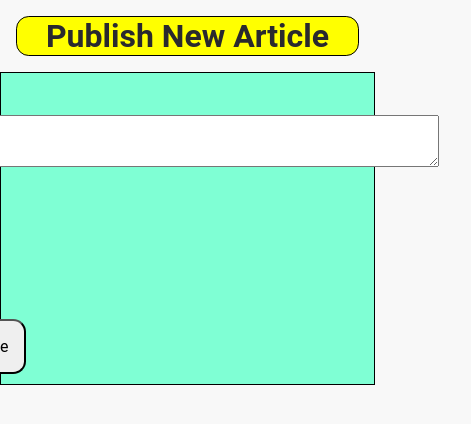
Repository: batmit/publish_articles
Page: /publish
The author's editor kept a copy of each file at every save. The page is drawn from the files as they stood at one save, then again after the next save.
The browser window is 375 px wide. The page is 471 px wide, then 375 px, so the pictures cover 471 px, including what lies to the right of the window. The pictures show the whole page.
The project was rebuilt for these pictures with package versions that can differ from the ones it lists, and the page was loaded fresh each time. Also part of the build but not shown: src/pages/articles.tsx, src/pages/article.tsx, src/pages/Home.tsx.

Above is the page before, as saved 2021-06-29 18:45:49.

### public/index.html
<!DOCTYPE html>
<html lang="en">
  <head>
    <meta charset="utf-8" />
    <meta name="viewport" content="width=device-width, initial-scale=1" />
    <meta name="theme-color" content="#000000" />
    <meta
      name="description"
      content="Web site created using create-react-app"
    />
    <title>publish_articles</title>
  </head>
  <body>
    <noscript>You need to enable JavaScript to run this app.</noscript>
    <div id="root"></div>
    <!--
      This HTML file is a template.
      If you open it directly in the browser, you will see an empty page.

      You can add webfonts, meta tags, or analytics to this file.
      The build step will place the bundled scripts into the <body> tag.

      To begin the development, run `npm start` or `yarn start`.
      To create a production bundle, use `npm run build` or `yarn build`.
    -->
  </body>
</html>

### src/App.tsx
import React from 'react';
import { BrowserRouter, Route } from 'react-router-dom';
import { Articles } from './pages/articles';

import {Article} from './pages/article'

import {Home} from './pages/Home';
import { Publish_Articles } from './pages/publish_articles';

import './styles/global.scss';



function App() {
  return (

    <BrowserRouter>

      <Route path='/' exact component={Home} />

      <Route path='/articles' exact component={Articles} />

      <Route path='/articles/:id' component={Article} />

      <Route path='/publish' exact component={Publish_Articles} />



    </BrowserRouter>

  );
}

export default App;

### src/pages/publish_articles.tsx
import { FormEvent, useState } from "react";
import { useHistory } from "react-router-dom";
import { database } from "../services/firebase";

export function Publish_Articles() {

    const [title, setNewTitle] = useState('');

    const [article, setNewArticle] = useState('');

    const history = useHistory();

    async function handleSendArticle(event: FormEvent) {

        event.preventDefault();

        await database.ref(`articles/${title}`).push(article);

        setNewArticle('');

        setNewTitle('');

        history.push(`articles/${title}`)

    };

    return (
        <>
            <header>
                <h1>Publish New Article</h1>
            </header>

            <main>
                <form onSubmit={handleSendArticle}>
                        <textarea
                            className="title"
                            placeholder="Título"
                            onChange={event => setNewTitle(event.target.value)}
                            value={title}
                        />


                        <textarea
                            placeholder="Artigo"
                            onChange={event => setNewArticle(event.target.value)}
                            value={article}
                        />

                        <div className="form-footer">
                            <button type='submit'>Send Article</button>
                        </div>

                </form>
            </main>
        </>
    );
}

### src/styles/global.scss
* {
    margin: 0;
    padding: 0;
    box-sizing: boder-box;
}

body{
    background: #f8f8f8;
    color: #29292e;
}

body, input, button, textarea {
    font: 400 16px 'Roboto', sans-serif ; // se não rodar o Roboto pega o sans-serif
}

header {
    text-align: center;
    justify-content: center;
    align-items: center;
    background: yellow;
    border: 1px solid black;
    border-radius: 0.8rem;
    margin: 1rem;
}

main {
    align-items: center;
    justify-content: center;
    display: flex;
    gap: 10px;
    background: aquamarine;
    border: 1px solid black;
    padding: 10px;


}

button {
    padding: 1rem;
    border-radius: 0.8rem;
    gap: 10px;
    transition: 0.2s;
}

button:hover {
    background-color: white;

}

form {
    .title {
        display: block;
        width: 500px;
        height: 50px;
        margin: 2rem;
    }

    textarea{
        width: 500px;
        height: 200px;
        margin: 2rem;
    }
}

@media (max-width: 600px) {
    form {
        align-items: center;

        textarea{
            width: 50px;
            height: 50px;
        }

        .title {
            width: 250;
            height: 50px;
        }
    }

}

### src/services/firebase.ts
import firebase from 'firebase/app'; // tem que baixar primeira yarn add firebase

import 'firebase/auth';
import 'firebase/database';

const firebaseConfig = {
    apiKey: "AIzaSyAnqsPR26s-jH9kgIT35JRFnFNwjQIPuWg",
    authDomain: "publish-articles-5a753.firebaseapp.com",
    databaseURL: "https://publish-articles-5a753-default-rtdb.firebaseio.com",
    projectId: "publish-articles-5a753",
    storageBucket: "publish-articles-5a753.appspot.com",
    messagingSenderId: "1038663375307",
    appId: "1:1038663375307:web:9e3542b0440fa2c5873e4e"
};

firebase.initializeApp(firebaseConfig); //inicio

const auth = firebase.auth(); // vou exportar
const database = firebase.database()

export { firebase, auth, database }

Loaded but not shown: src/index.tsx (common file)

After the next save:
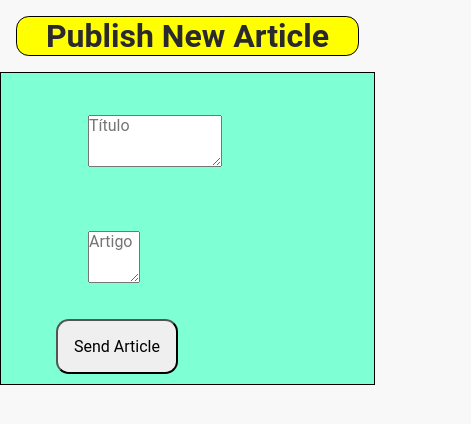
Saved 6 s later.
--- a/src/styles/global.scss
+++ b/src/styles/global.scss
@@ -72,7 +72,7 @@ form {
         }
 
         .title {
-            width: 250;
+            width: 50%;
             height: 50px;
         }
     }
